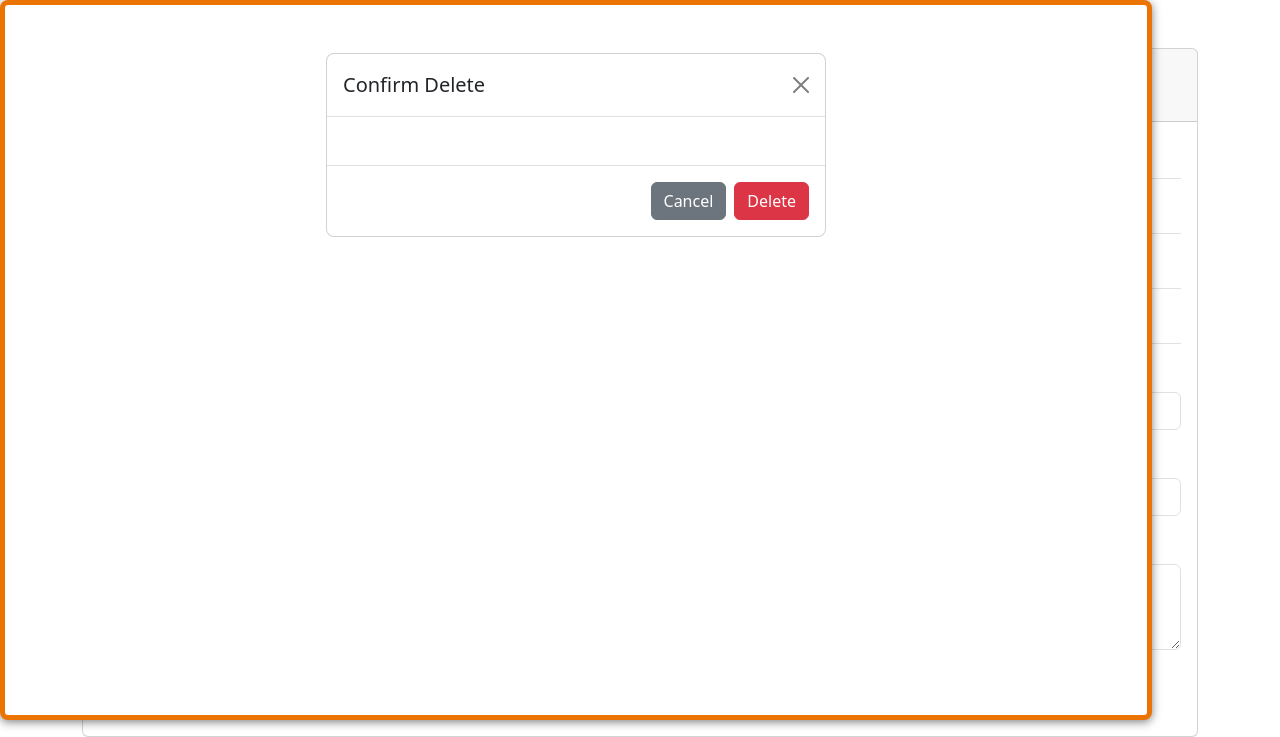
Repository: tatacheba/appstepikjavareact
Page: / (app in client/), after clicking the first element matching `button.btn`
These files come from the project's save history. The page is drawn as it stood at one moment and after the next save; the edit follows.
The browser window is 1280 px wide. The pictures show the whole page.
The project was rebuilt for these pictures with package versions that can differ from the ones it lists, and the page was loaded fresh each time.

Above is the page before, as saved 2024-12-10 18:52:02.

### client/public/index.html
<!DOCTYPE html>
<html lang="en">
    <head>
        <meta charset="utf-8" />
        <link rel="icon" href="%PUBLIC_URL%/favicon.ico" />
        <meta name="viewport" content="width=device-width, initial-scale=1" />
        <meta name="theme-color" content="#000000" />
        <meta
            name="description"
            content="Web site created using create-react-app"
        />
        <link rel="apple-touch-icon" href="%PUBLIC_URL%/logo192.png" />
        <link
            href="https://cdn.jsdelivr.net/npm/bootstrap@5.3.3/dist/css/bootstrap.min.css"
            rel="stylesheet"
            integrity="sha384-QWTKZyjpPEjISv5WaRU9OFeRpok6YctnYmDr5pNlyT2bRjXh0JMhjY6hW+ALEwIH"
            crossorigin="anonymous"
        />
        <!--
      manifest.json provides metadata used when your web app is installed on a
      user's mobile device or desktop. See https://developers.google.com/web/fundamentals/web-app-manifest/
    -->
        <link rel="manifest" href="%PUBLIC_URL%/manifest.json" />

        <title>App of Stepik</title>
    </head>
    <body>
        <div id="root"></div>
        <script
            src="https://cdn.jsdelivr.net/npm/bootstrap@5.3.3/dist/js/bootstrap.bundle.min.js"
            integrity="sha384-YvpcrYf0tY3lHB60NNkmXc5s9fDVZLESaAA55NDzOxhy9GkcIdslK1eN7N6jIeHz"
            crossorigin="anonymous"
        ></script>
    </body>
</html>

### client/src/index.js
import React from "react";
import ReactDOM from "react-dom/client";
import "./index.css";
import App from "./App";
import "bootstrap/dist/css/bootstrap.min.css";
import "bootstrap/dist/js/bootstrap.bundle.min.js";

const root = ReactDOM.createRoot(document.getElementById("root"));
root.render(
    <React.StrictMode>
        <App />
    </React.StrictMode>
);

### client/src/App.js
import React, { useState, useEffect } from "react";
import "./App.css";
import TablewView from "./layouts/tableView/TablewView";
import FormNewItem from "./layouts/formNewItem/FormNewItem";

// import axios from "axios";
import ConfirmDeleteModal from "./layouts/components/ConfirmDeleteModal";

import {
    getContacts,
    addContact,
    deleteContact,
} from "./layouts/mocks/mockApi";

function App() {
    const [items, setItems] = useState([]);
    const [modalOpen, setModalOpen] = useState(false);
    const [loading, setLoading] = useState(false);
    const [currentContactId, setCurrentContactId] = useState(null);

    // useEffect(() => {
    //     axios.get("http://localhost:8080/api/contacts").then((res) => {
    //         const data = [];
    //         res.data._embedded.contacts.forEach((item) =>
    //             data.push({
    //                 id: item.id,
    //                 fullName: item.fullName,
    //                 phone: item.phone,
    //                 notes: item.notes,
    //             })
    //         );
    //         setItems(data);
    //     });
    // }, []);
    useEffect(() => {
        console.log("Fetching contacts...");
        getContacts()
            .then((data) => {
                setItems(data);
                console.log("Contacts loaded:", data);
            })
            .catch((error) => console.error("Error fetching contacts:", error));
    }, []);

    // const appendContact = (fullName, phone, notes) => {
    //     const contact = { fullName, phone, notes };

    //     const url = "http://localhost:8080/api/contacts";
    //     axios
    //         .post(url, contact)
    //         .then((res) => {
    //             contact.id = res.data.id;
    //             setItems([...items, contact]);
    //         })
    //         .catch((error) => console.error(error));
    // };
    const appendContact = (fullName, phone, notes) => {
        const contact = { fullName, phone, notes };
        setLoading(true);
        addContact(contact)
            .then((newContact) => {
                setItems([...items, newContact]);
            })
            .catch((error) => console.error("Error adding contact:", error))
            .finally(() => setLoading(false));
    };
    // const confirmRemoveContact = (id) => {
    //     setCurrentContact(id);
    //     setModalOpen(true);
    // };

    // const removeContact = () => {
    //     const url = `http://localhost:8080/api/contacts/${currentContact}`;
    //     axios
    //         .delete(url)
    //         .then(() => {
    //             setItems(items.filter((item) => item.id !== currentContact));
    //         })
    //         .catch((error) => console.error(error))
    //         .finally(() => {
    //             setModalOpen(false);
    //             setCurrentContact(null);
    //         });
    // };

    const removeContact = () => {
        if (!currentContactId) {
            console.error("No contact ID to delete");
            return;
        }
        deleteContact(currentContactId)
            .then(() => {
                setItems(items.filter((item) => item.id !== currentContactId));
                console.log("Contact deleted with ID:", currentContactId);
            })
            .catch((error) => console.error("Error deleting contact:", error))
            .finally(() => onToggleModal());
    };
    const onToggleModal = (id = null) => {
        setModalOpen((prev) => !prev);
        setCurrentContactId(id);
    };
    return (
        <div className="container mt-5">
            <div className="card">
                <div className="card-header">
                    <h1>App</h1>
                </div>
                <div className="card-body">
                    <TablewView data={items} removeContact={onToggleModal} />
                    <FormNewItem
                        appContact={appendContact}
                        disabled={loading}
                    />
                </div>
            </div>
            <ConfirmDeleteModal
                isOpen={modalOpen}
                onConfirm={removeContact}
                onCancel={() => setModalOpen(false)}
                contact={items.find((item) => item.id === currentContactId)}
                message="Вы уверены, что хотите удалить этот контакт?"
            />
        </div>
    );
}

export default App;

### client/src/App.css
.loader {
    border: 8px solid #f3f3f3;
    border-top: 8px solid #3498db;
    border-radius: 50%;
    width: 50px;
    height: 50px;
    animation: spin 1s linear infinite;
    margin: 20px auto;
    display: block;
}

@keyframes spin {
    0% {
        transform: rotate(0deg);
    }
    100% {
        transform: rotate(360deg);
    }
}

/* .modal-backd {
    position: fixed;
    top: 0;
    left: 0;
    width: 100%;
    height: 100%;
    background-color: rgba(200, 100, 200, 0.5);
    display: flex;
    justify-content: center;
    align-items: center;
    z-index: 9;
} */

.modal {
    background-color: #fff;
    border-radius: 8px;
    box-shadow: 0 2px 10px rgba(0, 0, 0, 0.5);
    width: 400px;
    max-width: 90%;
    padding: 20px;
    z-index: 1000;
    border: 5px solid #eb7302;
}
/*
.modal-header h5 {
    margin: 0;
}

.modal-body {
    margin: 20px 0;
}

.modal-footer {
    display: flex;
    justify-content: flex-end;
    gap: 10px;
}

.modal-footer .btn {
    padding: 8px 16px;
    border: none;
    border-radius: 4px;
    cursor: pointer;
}

.modal-footer .btn-danger {
    background-color: #dc3545;
    color: #fff;
}

.modal-footer .btn-secondary {
    background-color: #6c757d;
    color: #fff;
} */

### client/src/layouts/tableView/TablewView.js
// src/layouts/tableView/TablewView.js
import React from "react";
import TableRowItem from "../components/TableRowItem";
import { v4 as uuidv4 } from "uuid";

const TablewView = (props) => {
    return (
        <table className="table table-hover">
            <thead>
                <tr>
                    <th scope="col">№</th>
                    <th scope="col">ФИО</th>
                    <th scope="col">Телефон</th>
                    <th scope="col">Заметки</th>
                    <th scope="col"></th>
                </tr>
            </thead>
            <tbody>
                {props.data.map((item, index) => (
                    <TableRowItem
                        key={uuidv4()}
                        contact={item}
                        index={index + 1}
                        removeContact={props.removeContact}
                    />
                ))}
            </tbody>
        </table>
    );
};
export default TablewView;

### client/src/layouts/formNewItem/FormNewItem.js
import React, { useState } from "react";

function FormNewItem({ appContact, disabled }) {
    // Правильная деструктуризация props
    const [fullName, setFullName] = useState("");
    const [phone, setPhone] = useState("");
    const [notes, setNotes] = useState("");

    const submit = () => {
        if (!fullName || !phone || !notes) {
            return;
        }
        appContact(fullName, phone, notes); // Используйте переданный метод
        setFullName("");
        setPhone("");
        setNotes("");
    };

    return (
        <div className="mb-3">
            <form>
                <label className="form-label">ФИО</label>
                <div className="mb-3">
                    <input
                        type="text"
                        className="form-control"
                        value={fullName}
                        onChange={(e) => setFullName(e.target.value)}
                        disabled={disabled} // Заблокировать поле ввода
                    />
                </div>
                <label className="form-label">Телефон</label>
                <div className="mb-3">
                    <input
                        type="tel"
                        className="form-control"
                        value={phone}
                        onChange={(e) => setPhone(e.target.value)}
                        disabled={disabled} // Заблокировать поле ввода
                    />
                </div>
                <label className="form-label">Заметки</label>
                <div className="mb-3">
                    <textarea
                        className="form-control"
                        value={notes}
                        rows={3}
                        onChange={(e) => setNotes(e.target.value)}
                        disabled={disabled} // Заблокировать поле ввода
                    />
                </div>
                <button
                    className="btn btn-primary"
                    type="button"
                    onClick={submit}
                    disabled={disabled} // Заблокировать кнопку
                >
                    {disabled ? "Добавление..." : "Добавить"}{" "}
                </button>
            </form>
        </div>
    );
}

export default FormNewItem;

### client/src/layouts/components/ConfirmDeleteModal.js
const ConfirmDeleteModal = ({ isOpen, onClose, onConfirm, contact }) => {
    if (!isOpen) return null;

    return (
        <div
            className="modal fade show"
            style={{ display: "block" }}
            tabIndex="-1"
            role="dialog"
        >
            <div className="modal-dialog" role="document">
                <div className="modal-content">
                    <div className="modal-header">
                        <h5 className="modal-title">Confirm Delete</h5>
                        <button
                            type="button"
                            className="btn-close"
                            onClick={onClose}
                        ></button>
                    </div>
                    <div className="modal-body">
                        <p
                            message={`Are you sure you want to delete ${contact.fullName}?`}
                        ></p>
                    </div>
                    <div className="modal-footer">
                        <button
                            type="button"
                            className="btn btn-secondary"
                            onClick={onClose}
                        >
                            Cancel
                        </button>
                        <button
                            type="button"
                            className="btn btn-danger"
                            onClick={onConfirm}
                        >
                            Delete
                        </button>
                    </div>
                </div>
            </div>
        </div>
    );
};

export default ConfirmDeleteModal;

### client/src/layouts/mocks/mockApi.js
// mockApi.js
import mockContacts from "./mockData";

let contacts = [...mockContacts];

export const getContacts = () => {
    return new Promise((resolve) => {
        setTimeout(() => resolve(contacts), 500); // Имитируем задержку ответа
    });
};

export const addContact = (contact) => {
    return new Promise((resolve) => {
        setTimeout(() => {
            const newContact = { id: Date.now(), ...contact };
            contacts.push(newContact);
            resolve(newContact);
        }, 500);
    });
};

export const deleteContact = (id) => {
    return new Promise((resolve) => {
        setTimeout(() => {
            contacts = contacts.filter((contact) => contact.id !== id);
            resolve();
        }, 500);
    });
};

### client/src/layouts/components/TableRowItem.js
// src/layouts/tableView/components/TableRowItem.js

import React from "react";

const TableRowItem = (props) => {
    const removeRow = () => props.removeContact(props.contact.id);
    return (
        <tr>
            <th scope="row">{props.index}</th>
            <th>{props.contact.fullName}</th>
            <th>{props.contact.phone}</th>
            <th>{props.contact.notes}</th>
            <th className="delete">
                <button
                    type="button"
                    className="btn btn-danger"
                    onClick={removeRow}
                >
                    <svg
                        xmlns="http://www.w3.org/2000/svg"
                        width="16"
                        height="16"
                        fill="currentColor"
                        className="bi bi-trash3"
                        viewBox="0 0 16 16"
                    >
                        <path d="M6.5 1h3a.5.5 0 0 1 .5.5v1H6v-1a.5.5 0 0 1 .5-.5M11 2.5v-1A1.5 1.5 0 0 0 9.5 0h-3A1.5 1.5 0 0 0 5 1.5v1H1.5a.5.5 0 0 0 0 1h.538l.853 10.66A2 2 0 0 0 4.885 16h6.23a2 2 0 0 0 1.994-1.84l.853-10.66h.538a.5.5 0 0 0 0-1zm1.958 1-.846 10.58a1 1 0 0 1-.997.92h-6.23a1 1 0 0 1-.997-.92L3.042 3.5zm-7.487 1a.5.5 0 0 1 .528.47l.5 8.5a.5.5 0 0 1-.998.06L5 5.03a.5.5 0 0 1 .47-.53Zm5.058 0a.5.5 0 0 1 .47.53l-.5 8.5a.5.5 0 1 1-.998-.06l.5-8.5a.5.5 0 0 1 .528-.47M8 4.5a.5.5 0 0 1 .5.5v8.5a.5.5 0 0 1-1 0V5a.5.5 0 0 1 .5-.5" />
                    </svg>
                </button>
            </th>
        </tr>
    );
};

export default TableRowItem;

### client/src/layouts/mocks/mockData.js
// mockData.js
const mockContacts = [
    { id: 1, fullName: "Иван Иванов", phone: "+79998887766", notes: "Коллега" },
    {
        id: 2,
        fullName: "Анна Смирнова",
        phone: "+79998887755",
        notes: "Подруга",
    },
    { id: 3, fullName: "Петр Петров", phone: "+79998887744", notes: "Сосед" },
];

export default mockContacts;

Loaded but not shown: client/src/index.css (common file)

After the next save:
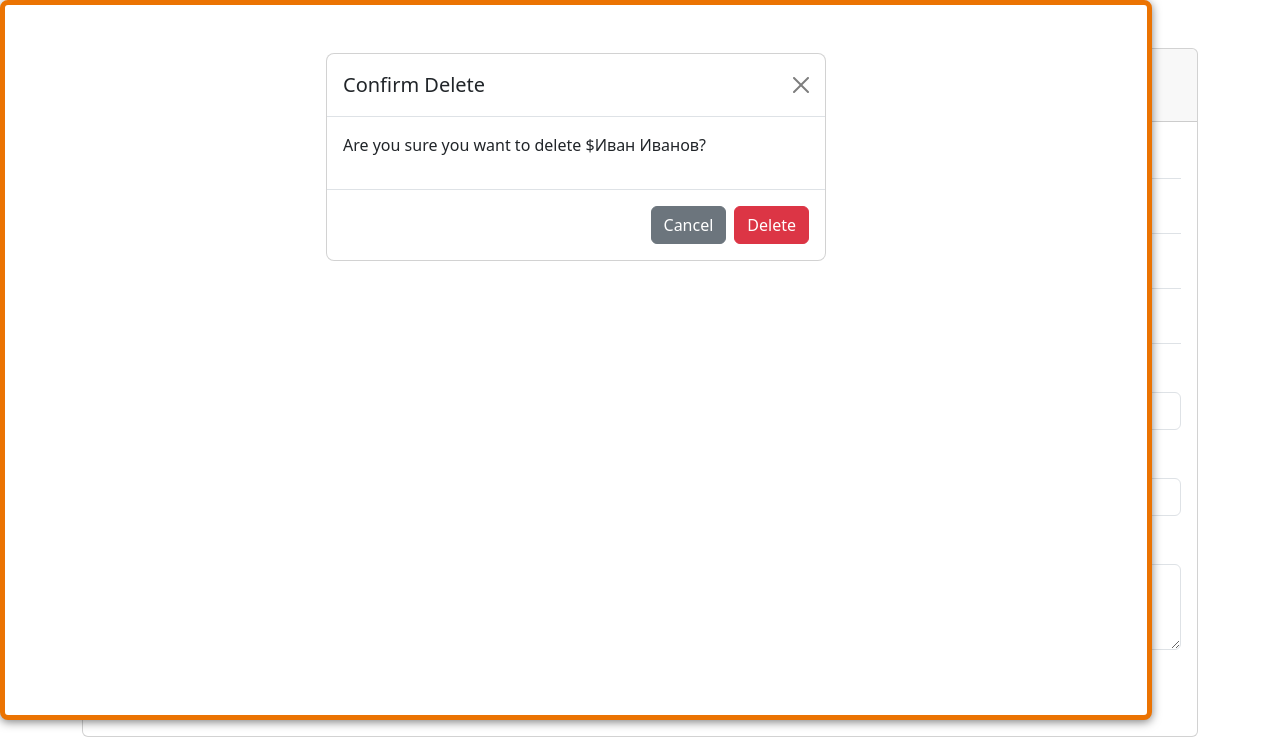
Saved 79 s later.
--- a/client/src/layouts/components/ConfirmDeleteModal.js
+++ b/client/src/layouts/components/ConfirmDeleteModal.js
@@ -19,9 +19,9 @@ const ConfirmDeleteModal = ({ isOpen, onClose, onConfirm, contact }) => {
                         ></button>
                     </div>
                     <div className="modal-body">
-                        <p
-                            message={`Are you sure you want to delete ${contact.fullName}?`}
-                        ></p>
+                        <p>
+                            Are you sure you want to delete ${contact.fullName}?
+                        </p>
                     </div>
                     <div className="modal-footer">
                         <button
